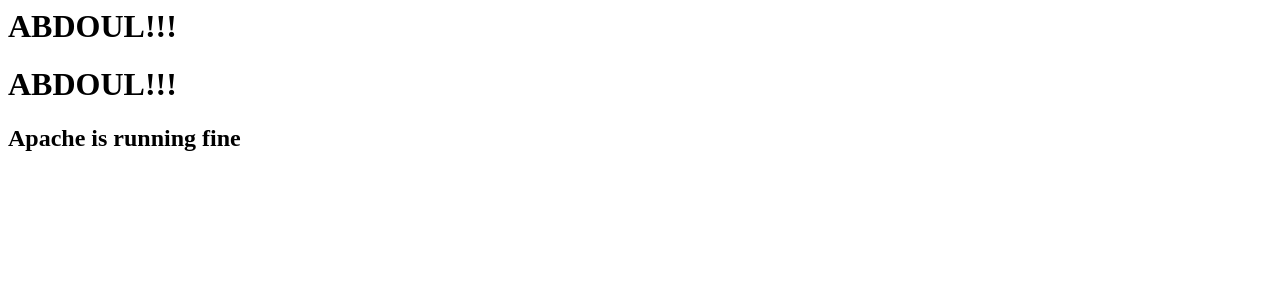
Repository: Abdoul226/webapp-ansible-apache-2
Page: ansible_dir/index.html
These files come from the project's save history. The page is drawn as it stood at one moment and after the next save; the edit follows.
The browser window is 1280 px wide. The pictures show the whole page.

Above is the page before, as saved 2022-12-30 10:21:15.

### ansible_dir/index.html
<body>
    <h1>ABDOUL!!!</h1>
    <h1>ABDOUL!!!</h1>
    <h2>Apache is running fine</h2>
</body>

After the next save:
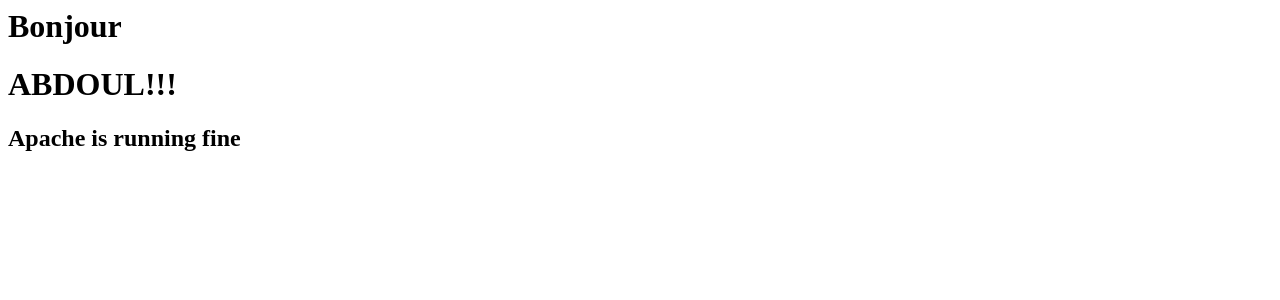
Saved 3 min 33 s later.
--- a/ansible_dir/index.html
+++ b/ansible_dir/index.html
@@ -1,5 +1,5 @@
 <body>
-    <h1>ABDOUL!!!</h1>
+    <h1>Bonjour</h1>
     <h1>ABDOUL!!!</h1>
     <h2>Apache is running fine</h2>
 </body>
